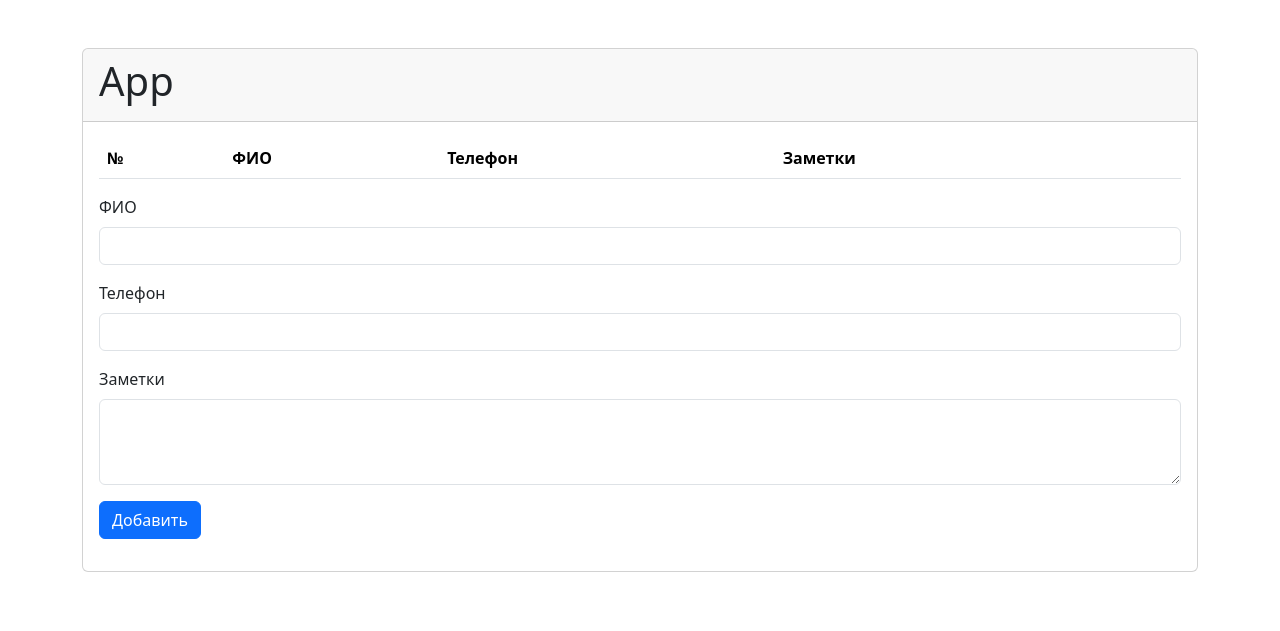
Repository: tatacheba/appstepikjavareact-client
Page: /
An editor plug-in stored every save of this project. The page is shown before and after the next save, followed by the edit.
The browser window is 1280 px wide. The pictures show the whole page.
The page's requests for data from a server got no answer. The project was rebuilt for these pictures with package versions that can differ from the ones it lists, and the page was loaded fresh each time. No one was signed in, and anything a server would have sent is missing. Also part of the build but not shown: src/layouts/components/tableView/TableRowItem.js, src/layouts/components/ModalDeleteContact.js.

Above is the page before, as saved 2024-12-15 17:10:20.

### public/index.html
<!DOCTYPE html>
<html lang="en">
    <head>
        <meta charset="utf-8" />
        <link rel="icon" href="%PUBLIC_URL%/favicon.ico" />
        <meta name="viewport" content="width=device-width, initial-scale=1" />
        <meta name="theme-color" content="#000000" />
        <meta
            name="description"
            content="Web site created using create-react-app"
        />
        <link rel="apple-touch-icon" href="%PUBLIC_URL%/logo192.png" />
        <link
            href="https://cdn.jsdelivr.net/npm/bootstrap@5.3.3/dist/css/bootstrap.min.css"
            rel="stylesheet"
            integrity="sha384-QWTKZyjpPEjISv5WaRU9OFeRpok6YctnYmDr5pNlyT2bRjXh0JMhjY6hW+ALEwIH"
            crossorigin="anonymous"
        />
        <!--
      manifest.json provides metadata used when your web app is installed on a
      user's mobile device or desktop. See https://developers.google.com/web/fundamentals/web-app-manifest/
    -->
        <link rel="manifest" href="%PUBLIC_URL%/manifest.json" />

        <title>App of Stepik</title>
    </head>
    <body>
        <div id="root"></div>
        <script
            src="https://cdn.jsdelivr.net/npm/bootstrap@5.3.3/dist/js/bootstrap.bundle.min.js"
            integrity="sha384-YvpcrYf0tY3lHB60NNkmXc5s9fDVZLESaAA55NDzOxhy9GkcIdslK1eN7N6jIeHz"
            crossorigin="anonymous"
        ></script>
    </body>
</html>

### src/index.js
import React from "react";
import ReactDOM from "react-dom/client";
import "./index.css";
import App from "./App";
import "bootstrap/dist/css/bootstrap.min.css";
import "bootstrap/dist/js/bootstrap.bundle.min.js";

const root = ReactDOM.createRoot(document.getElementById("root"));
root.render(
    <React.StrictMode>
        <App />
    </React.StrictMode>
);

### src/App.js
import "./App.css";
import TablewView from "./layouts/components/tableView/TablewView";
import { useEffect, useState } from "react";
import FormNewItem from "./layouts/formNewItem/FormNewItem";
import ModalDeleteContact from "./layouts/components/ModalDeleteContact";
import axios from "axios";

function App() {
    const [items, setItems] = useState([]);
    const [loading, setLoading] = useState(false);
    const [isModalOpen, setIsModalOpen] = useState(false);
    const [currentContactId, setCurrentContactId] = useState(null);

    useEffect(() => {
        console.log("Fetching contacts...");
        axios
            .get("http://localhost:8080/api/contacts")
            .then((res) => {
                const data = res.data._embedded.contacts.map((item) => ({
                    id: item.id,
                    fullName: item.fullName,
                    phone: item.phone,
                    notes: item.notes,
                }));
                setItems(data);
                console.log("Contacts loaded:", data);
            })
            .catch((error) => console.error("Error fetching contacts:", error));
    }, []);

    const appendContact = (fullName, phone, notes) => {
        const contact = {
            fullName,
            phone,
            notes,
        };

        const url = "http://localhost:8080/api/contacts";
        setLoading(true); // Включить индикатор загрузки
        axios
            .post(url, contact)
            .then((res) => {
                contact.id = res.data.id;
                setItems([...items, contact]);
            })
            .catch((error) => console.error("Error adding contact:", error))
            .finally(() => {
                setLoading(false); // Выключить индикатор загрузки
            });
    };

    const onToggleModal = (id = null) => {
        setIsModalOpen((prev) => !prev);
        setCurrentContactId(id);
    };

    const removeContact = () => {
        if (!currentContactId) {
            console.error("No contact ID to delete");
            return;
        }
        const url = `http://localhost:8080/api/contacts/${currentContactId}`;
        axios
            .delete(url)
            .then(() => {
                setItems(items.filter((item) => item.id !== currentContactId));
                console.log("Contact deleted with ID:", currentContactId);
            })
            .catch((error) => console.error("Error deleting contact:", error))
            .finally(() => {
                onToggleModal(); // Закрыть модальное окно
            });
    };

    return (
        <div className="container mt-5">
            <div className="card">
                <div className="card-header">
                    <h1>App</h1>
                </div>
                <div className="card-body">
                    <TablewView
                        data={items}
                        removeContact={onToggleModal} // Передаём функцию открытия модального окна
                    />
                    <FormNewItem
                        appContact={appendContact}
                        disabled={loading}
                    />
                </div>
            </div>
            <ModalDeleteContact
                isOpen={isModalOpen}
                onModal={removeContact} // Удаляем контакт
                onCancel={() => onToggleModal()} // Закрыть модальное окно
            />
        </div>
    );
}

export default App;

### src/layouts/components/tableView/TablewView.js
import React from "react";
import TableRowItem from "./TableRowItem";
import { v4 as uuidv4 } from "uuid";

const TablewView = (props) => {
    return (
        <table className="table table-hover">
            <thead>
                <tr>
                    <th scope="col">№</th>
                    <th scope="col">ФИО</th>
                    <th scope="col">Телефон</th>
                    <th scope="col">Заметки</th>
                    <th scope="col"></th>
                </tr>
            </thead>
            <tbody>
                {props.data.map((item) => (
                    <TableRowItem
                        key={uuidv4()}
                        contact={item}
                        removeContact={props.removeContact}
                    />
                ))}
            </tbody>
        </table>
    );
};
export default TablewView;

### src/layouts/formNewItem/FormNewItem.js
import React from "react";
import { useState } from "react";

function FormNewItem(props) {
    const [fullName, setFullName] = useState("");
    const [phone, setPhone] = useState("");
    const [notes, setNotes] = useState("");

    const submit = () => {
        if (!fullName || !phone || !notes) {
            return;
        }
        props.appContact(fullName, phone, notes);
        setFullName("");
        setPhone("");
        setNotes("");
    };

    return (
        <div className="mb-3">
            <form>
                <label className="form-label">ФИО</label>
                <div className="mb-3 ">
                    <input
                        type="text"
                        className="form-control"
                        value={fullName}
                        onChange={(e) => {
                            setFullName(e.target.value);
                        }}
                    />
                </div>
                <label className="form-label">Телефон</label>
                <div className="mb-3">
                    <input
                        type="tel"
                        className="form-control"
                        value={phone}
                        onChange={(e) => {
                            setPhone(e.target.value);
                        }}
                    />
                </div>
                <label className="form-label">Заметки</label>
                <div className="mb-3">
                    <textarea
                        type="textarea"
                        className="form-control"
                        value={notes}
                        rows={3}
                        onChange={(e) => {
                            setNotes(e.target.value);
                        }}
                    />
                </div>
                <button
                    className="btn btn-primary"
                    type="button"
                    onClick={submit}
                >
                    Добавить
                </button>
            </form>
        </div>
    );
}

export default FormNewItem;

### src/App.css
.modall {
    position: fixed;
    top: 50%;
    left: 50%;
    background-color: aliceblue;
    padding: 30px;
    margin: 10px;
    transform: translate(-50%, -50%);
    border: 3px solid rgb(230, 12, 12);
    width: 400px;
    height: auto;
    z-index: 1000;
}
.modall > .btn {
    margin: 10px;
}

Loaded but not shown: src/index.css (common file)

After the next save:
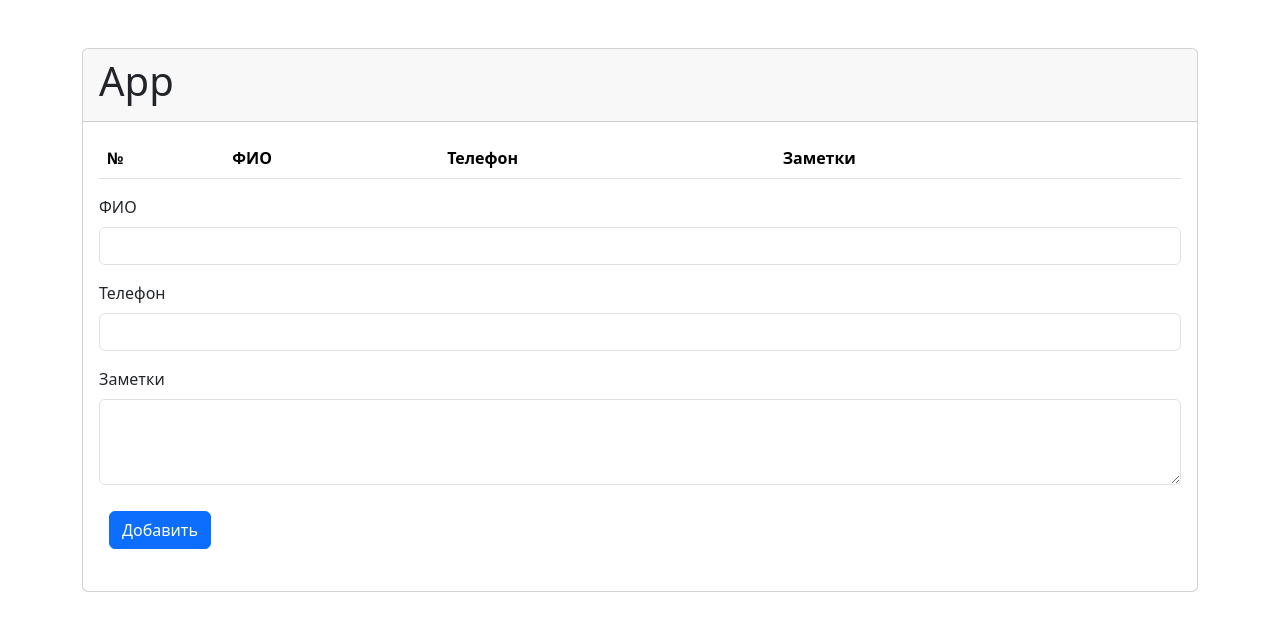
Saved 39 s later.
--- a/src/App.css
+++ b/src/App.css
@@ -11,6 +11,6 @@
     height: auto;
     z-index: 1000;
 }
-.modall > .btn {
+.btn {
     margin: 10px;
 }
